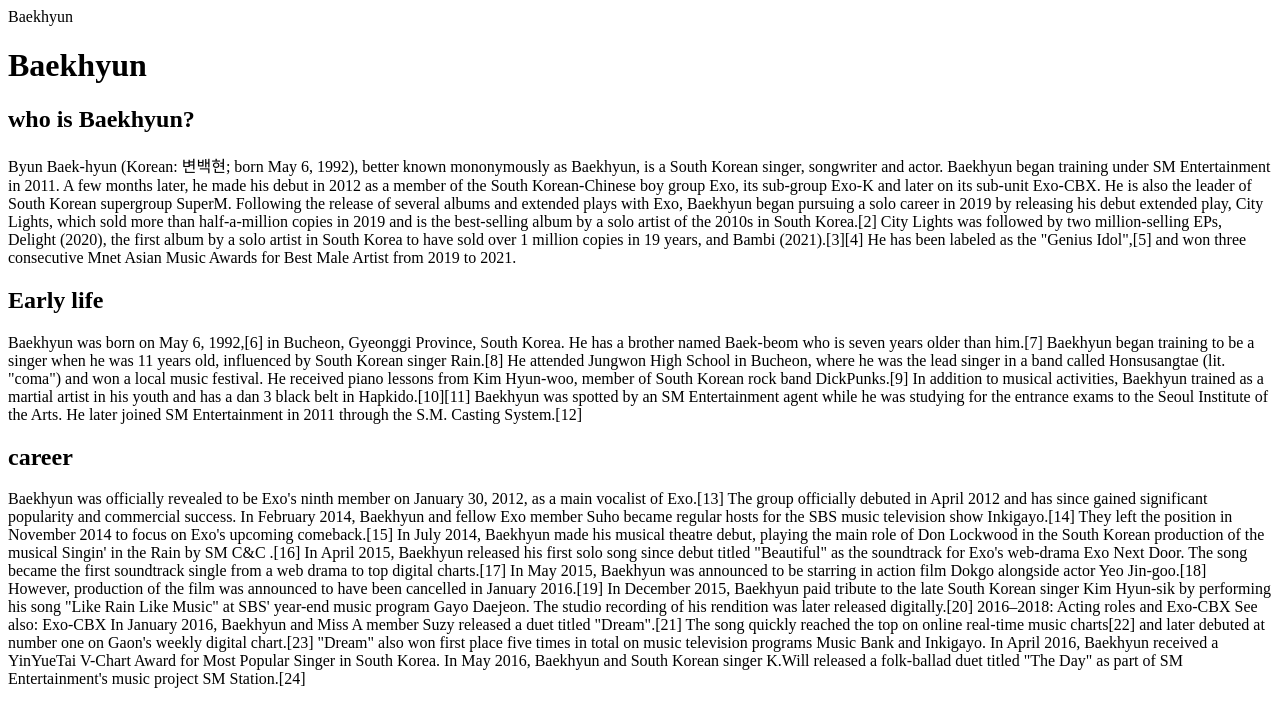
Repository: ivyexo/homework1
Page: baekhyun.html
The author's editor kept a copy of each file at every save. The page is drawn from the files as they stood at one save, then again after the next save.
The browser window is 1280 px wide. The pictures show the whole page.

Above is the page before, as saved 2023-02-04 20:28:23.

### baekhyun.html
<!DOCTYPE html>
<html lang="en">
  <head>
    <meta charset="UTF-8" />
    <meta http-equiv="X-UA-Compatible" content="IE=edge" />
    <meta name="viewport" content="width=device-width, initial-scale=1.0" />
    <title>Document</title>
  </head>
  <body>
    Baekhyun
    <h1>Baekhyun</h1>
    <h2>who is Baekhyun?</h2>
    <p>
      Byun Baek-hyun (Korean: 변백현; born May 6, 1992), better known
      mononymously as Baekhyun, is a South Korean singer, songwriter and actor.
      Baekhyun began training under SM Entertainment in 2011. A few months
      later, he made his debut in 2012 as a member of the South Korean-Chinese
      boy group Exo, its sub-group Exo-K and later on its sub-unit Exo-CBX. He
      is also the leader of South Korean supergroup SuperM. Following the
      release of several albums and extended plays with Exo, Baekhyun began
      pursuing a solo career in 2019 by releasing his debut extended play, City
      Lights, which sold more than half-a-million copies in 2019 and is the
      best-selling album by a solo artist of the 2010s in South Korea.[2] City
      Lights was followed by two million-selling EPs, Delight (2020), the first
      album by a solo artist in South Korea to have sold over 1 million copies
      in 19 years, and Bambi (2021).[3][4] He has been labeled as the "Genius
      Idol",[5] and won three consecutive Mnet Asian Music Awards for Best Male
      Artist from 2019 to 2021.
    </p>
    <h2>Early life</h2>
    <p>
      Baekhyun was born on May 6, 1992,[6] in Bucheon, Gyeonggi Province, South
      Korea. He has a brother named Baek-beom who is seven years older than
      him.[7] Baekhyun began training to be a singer when he was 11 years old,
      influenced by South Korean singer Rain.[8] He attended Jungwon High School
      in Bucheon, where he was the lead singer in a band called Honsusangtae
      (lit. "coma") and won a local music festival. He received piano lessons
      from Kim Hyun-woo, member of South Korean rock band DickPunks.[9] In
      addition to musical activities, Baekhyun trained as a martial artist in
      his youth and has a dan 3 black belt in Hapkido.[10][11] Baekhyun was
      spotted by an SM Entertainment agent while he was studying for the
      entrance exams to the Seoul Institute of the Arts. He later joined SM
      Entertainment in 2011 through the S.M. Casting System.[12]
    </p>
    <h2>career</h2>
    <p>
      Baekhyun was officially revealed to be Exo's ninth member on January 30,
      2012, as a main vocalist of Exo.[13] The group officially debuted in April
      2012 and has since gained significant popularity and commercial success.
      In February 2014, Baekhyun and fellow Exo member Suho became regular hosts
      for the SBS music television show Inkigayo.[14] They left the position in
      November 2014 to focus on Exo's upcoming comeback.[15] In July 2014,
      Baekhyun made his musical theatre debut, playing the main role of Don
      Lockwood in the South Korean production of the musical Singin' in the Rain
      by SM C&C .[16] In April 2015, Baekhyun released his first solo song since
      debut titled "Beautiful" as the soundtrack for Exo's web-drama Exo Next
      Door. The song became the first soundtrack single from a web drama to top
      digital charts.[17] In May 2015, Baekhyun was announced to be starring in
      action film Dokgo alongside actor Yeo Jin-goo.[18] However, production of
      the film was announced to have been cancelled in January 2016.[19] In
      December 2015, Baekhyun paid tribute to the late South Korean singer Kim
      Hyun-sik by performing his song "Like Rain Like Music" at SBS' year-end
      music program Gayo Daejeon. The studio recording of his rendition was
      later released digitally.[20] 2016–2018: Acting roles and Exo-CBX See
      also: Exo-CBX In January 2016, Baekhyun and Miss A member Suzy released a
      duet titled "Dream".[21] The song quickly reached the top on online
      real-time music charts[22] and later debuted at number one on Gaon's
      weekly digital chart.[23] "Dream" also won first place five times in total
      on music television programs Music Bank and Inkigayo. In April 2016,
      Baekhyun received a YinYueTai V-Chart Award for Most Popular Singer in
      South Korea. In May 2016, Baekhyun and South Korean singer K.Will released
      a folk-ballad duet titled "The Day" as part of SM Entertainment's music
      project SM Station.[24]
    </p>
  </body>
</html>

After the next save:
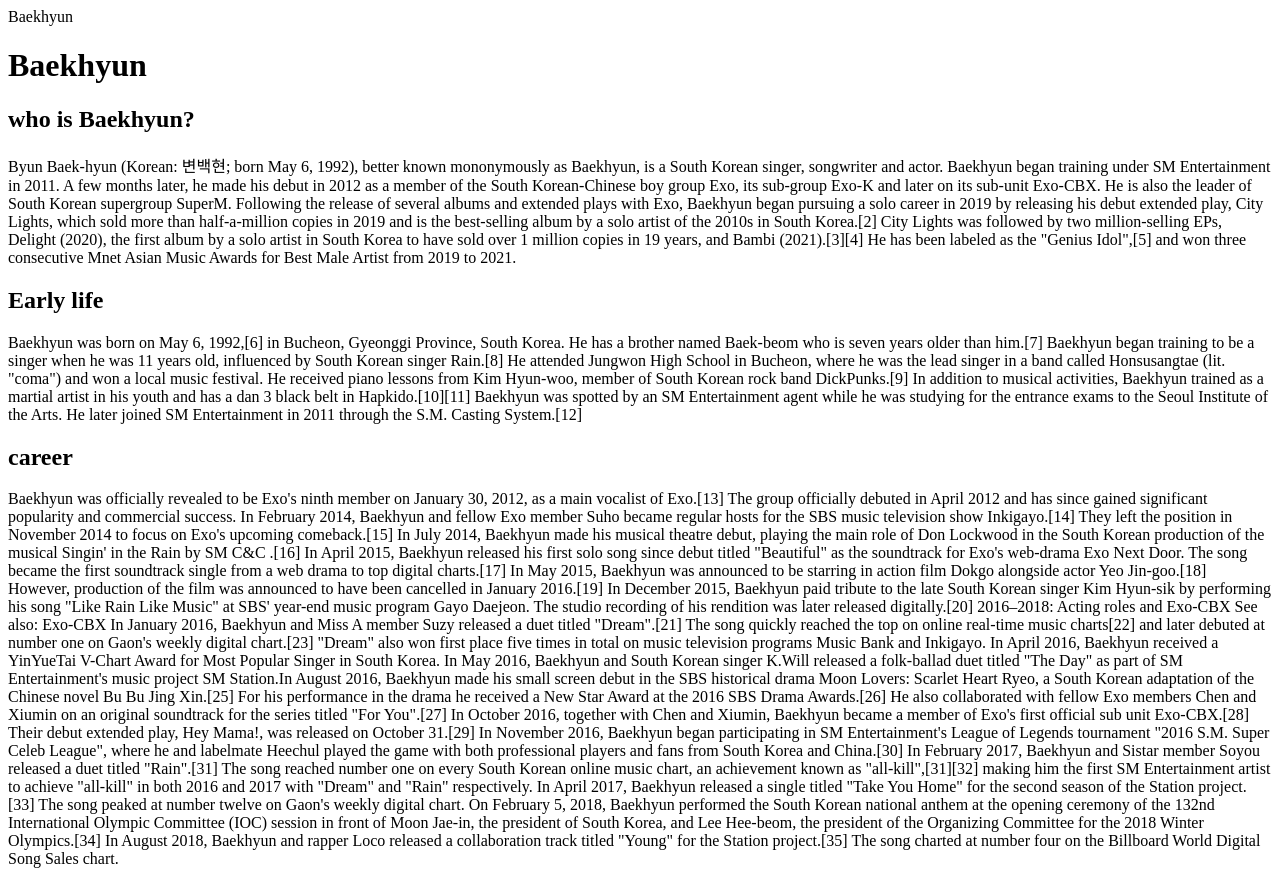
Saved 28 s later.
--- a/baekhyun.html
+++ b/baekhyun.html
@@ -70,7 +70,32 @@
       Baekhyun received a YinYueTai V-Chart Award for Most Popular Singer in
       South Korea. In May 2016, Baekhyun and South Korean singer K.Will released
       a folk-ballad duet titled "The Day" as part of SM Entertainment's music
-      project SM Station.[24]
+      project SM Station.In August 2016, Baekhyun made his small screen debut in
+      the SBS historical drama Moon Lovers: Scarlet Heart Ryeo, a South Korean
+      adaptation of the Chinese novel Bu Bu Jing Xin.[25] For his performance in
+      the drama he received a New Star Award at the 2016 SBS Drama Awards.[26]
+      He also collaborated with fellow Exo members Chen and Xiumin on an
+      original soundtrack for the series titled "For You".[27] In October 2016,
+      together with Chen and Xiumin, Baekhyun became a member of Exo's first
+      official sub unit Exo-CBX.[28] Their debut extended play, Hey Mama!, was
+      released on October 31.[29] In November 2016, Baekhyun began participating
+      in SM Entertainment's League of Legends tournament "2016 S.M. Super Celeb
+      League", where he and labelmate Heechul played the game with both
+      professional players and fans from South Korea and China.[30] In February
+      2017, Baekhyun and Sistar member Soyou released a duet titled "Rain".[31]
+      The song reached number one on every South Korean online music chart, an
+      achievement known as "all-kill",[31][32] making him the first SM
+      Entertainment artist to achieve "all-kill" in both 2016 and 2017 with
+      "Dream" and "Rain" respectively. In April 2017, Baekhyun released a single
+      titled "Take You Home" for the second season of the Station project.[33]
+      The song peaked at number twelve on Gaon's weekly digital chart. On
+      February 5, 2018, Baekhyun performed the South Korean national anthem at
+      the opening ceremony of the 132nd International Olympic Committee (IOC)
+      session in front of Moon Jae-in, the president of South Korea, and Lee
+      Hee-beom, the president of the Organizing Committee for the 2018 Winter
+      Olympics.[34] In August 2018, Baekhyun and rapper Loco released a
+      collaboration track titled "Young" for the Station project.[35] The song
+      charted at number four on the Billboard World Digital Song Sales chart.
     </p>
   </body>
 </html>
